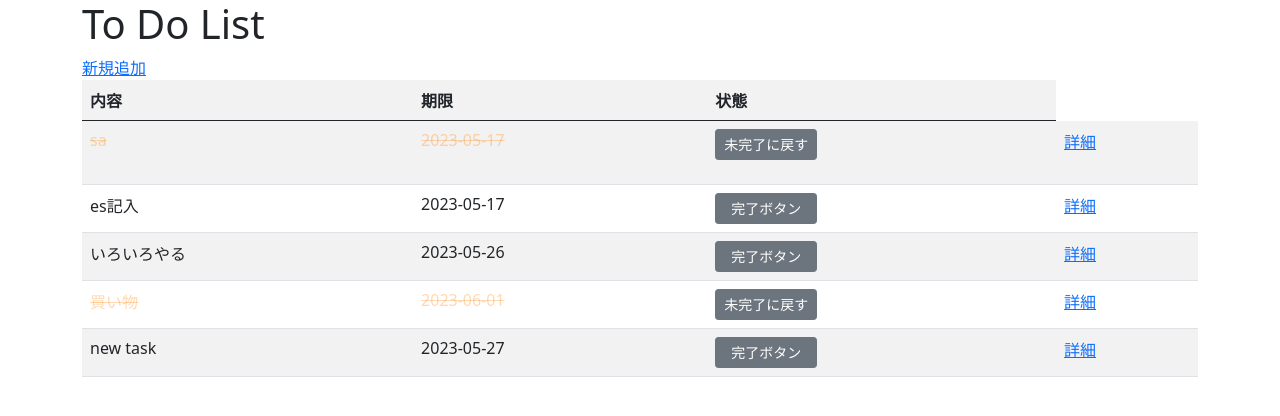
Repository: sgmtg/ToDoList
Page: http://localhost/
The author's editor kept a record of every edit. The page is drawn from the files as they stood at one moment, then again after the next edit.
The browser window is 1280 px wide. The pictures show the whole page.
The page is served by the project's application, run on Flask 3 (app.py). The page reads the database file committed with the project.

Above is the page before.

### templates/index.html
{% extends 'base.html' %}

{% block body %}
<div class="container">
  <div class="row">
    <div>
        <h1>To Do List</h1>
        <a href="/create">新規追加</a>
        <table class="table table-striped">
            </th><th>内容</th><th>期限</th><th>状態</th></tr>
        <tbody>
        {% for post in posts %}
            <tr>
                <span>
                <td  {% if post.done %} class="done" {% endif %}>{{ post.title }}</td>
                <td  {% if post.done %} class="done" {% endif %}>{{ post.due.date() }}</td>
                </span>
                <td><form action="/change_status/{{ post.id }}">
                    <button type="submit" class="btn btn-secondary btn-sm">
                    {% if post.done %}未完了に戻す
                    {% else %}完了ボタン
                    {% endif %}
                    </button>
                    </from></td>
                <td><a href="/detail/{{ post.id }}">詳細</a></td>

            </tr>
        {% endfor %}
        </tbody>
        </table>
    </div>
  </div>
</div>
{% endblock %}

### templates/base.html
<html lang="ja">
    <head>
        <title>My To Do List</title>
        <meta charset="UTF-8">
        <meta name="viewport" content="width=device-width, initial-scale=1.0">
        <link rel="stylesheet" href="/static/css/style.css">
        <link href="https://cdn.jsdelivr.net/npm/bootstrap@5.0.2/dist/css/bootstrap.min.css" rel="stylesheet" integrity="sha384-EVSTQN3/azprG1Anm3QDgpJLIm9Nao0Yz1ztcQTwFspd3yD65VohhpuuCOmLASjC" crossorigin="anonymous">
        {% block head %}{% endblock %}
    </head>
    <body>
       {% block body %}{% endblock %}
    </body>
</html>

### app.py
from flask import Flask, request, render_template, redirect, url_for
from flask_sqlalchemy import SQLAlchemy
from datetime import datetime

app = Flask(__name__)
app.config['SQLALCHEMY_DATABASE_URI'] = 'sqlite:///todo.db'  # todo.dbという名前のdbを設定
db = SQLAlchemy(app)  # dbを生成



class Post(db.Model):
    id = db.Column(db.Integer, primary_key=True)  # 主キー
    title = db.Column(db.String(30), nullable=False)
    detail = db.Column(db.String(100))  # 空でもok
    due = db.Column(db.DateTime, nullable=False)  # 日付型を指定
    done = db.Column(db.Boolean, default=False)  # 完了かどうか



@app.route('/', methods=['GET', 'POST'])
def index():
    if request.method == 'GET':
        posts = Post.query.all()
        return render_template('index.html', posts=posts)

    else:
        title = request.form.get('title')
        detail = request.form.get('detail')
        due = request.form.get('due')

        due = datetime.strptime(due, '%Y-%m-%d')  # フォームから文字列を受け取るため日付型に変換
        new_post = Post(title=title, detail=detail, due=due)

        db.session.add(new_post)
        db.session.commit()
        return redirect('/')

@app.route('/create')
def create():
    return render_template('create.html')


@app.route('/detail/<int:id>')
def detail(id):
    post = Post.query.get(id)  # 該当するidの投稿内容を取得
    return render_template('detail.html', post=post)

@app.route('/change_status/<int:id>')
def change_status(id):
    app.logger.info(id)

    post = Post.query.get(id)
    app.logger.info(post)

    post.done = not post.done
    db.session.commit()
    return redirect('/')


# アプリケーションコンテキスト内でデータベース操作を行うための関数を作成
def create_tables():
    db.create_all()


if __name__ == "__main__":
    app.run(port=3000, debug=True)  # 8080
    create_tables()

### static/css/style.css

.done {
  text-decoration: line-through;
  color: hsla(30, 100%, 50%, .3);
}

### instance/todo.db (the tables this page reads, as SQL)
CREATE TABLE post (
	id INTEGER NOT NULL, 
	title VARCHAR(30) NOT NULL, 
	detail VARCHAR(100), 
	due DATETIME NOT NULL, 
	done BOOLEAN, 
	PRIMARY KEY (id)
);
INSERT INTO "post" VALUES
(1, 'sa', '上記の修正では、app.app_context()のコンテキストマネージャを使用してアプリケーションコンテキストを作成し、その中でdb.create_all()を実行しています。これにより、アプリケーションコンテキスト内でデータベース操作が行われます。', '2023-05-17 00:00:00.000000', 1),
(2, 'es記入', 'さまざまな Forms (フォーム) を作成するための control styles (フォームコントロールスタイル)、layout options (レイアウトオプション)、custom components (カスタムコンポ', '2023-05-17 00:00:00.000000', 0),
(3, 'いろいろやる', '', '2023-05-26 00:00:00.000000', 0),
(4, '買い物', 'ここに詳細を記入', '2023-06-01 00:00:00.000000', 1),
(5, 'new task', 'hogehoge', '2023-05-27 00:00:00.000000', 0);

After the next edit:
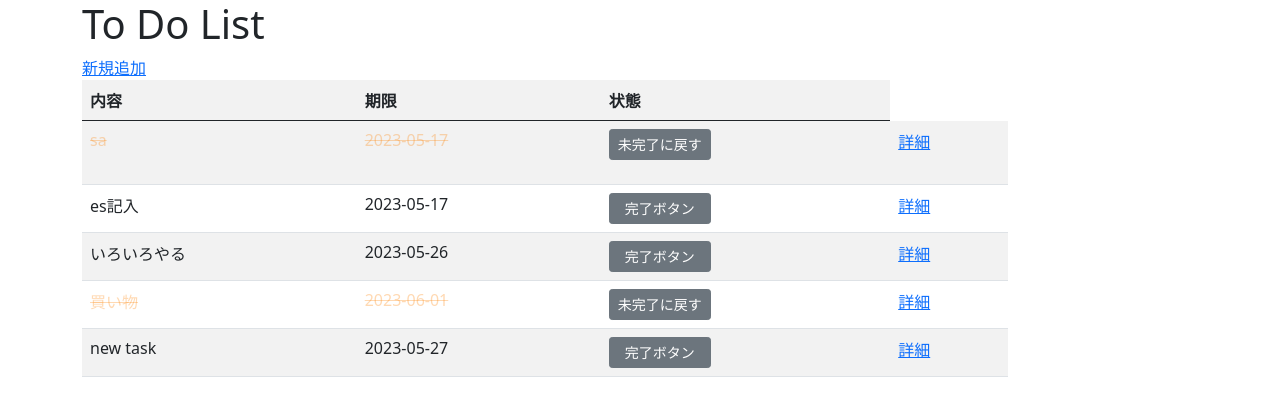
The edit:
--- a/templates/index.html
+++ b/templates/index.html
@@ -3,7 +3,7 @@
 {% block body %}
 <div class="container">
   <div class="row">
-    <div>
+    <div class="col-md-10 col-md-offset-2">
         <h1>To Do List</h1>
         <a href="/create">新規追加</a>
         <table class="table table-striped">
